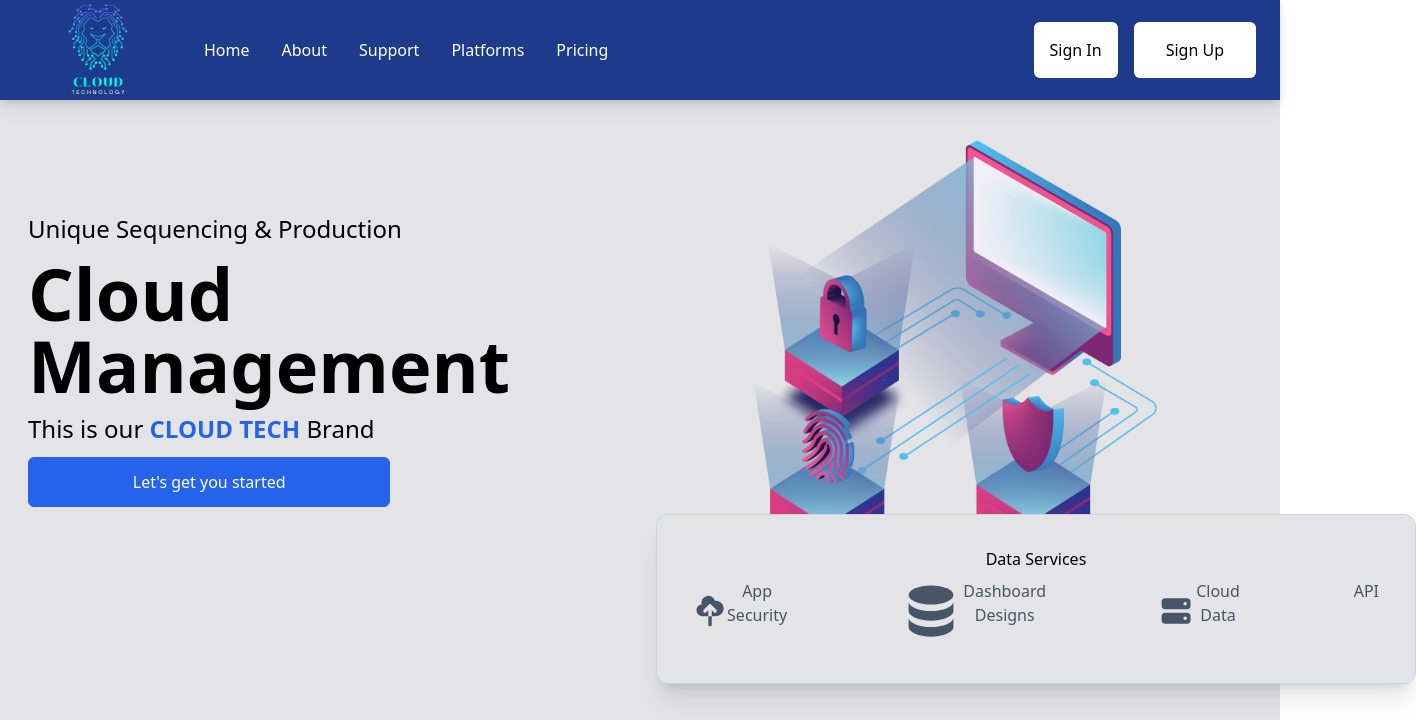
Repository: Esther-Kamau/cloud-management
Page: /
These files come from the project's save history. The page is drawn as it stood at one moment and after a run of saves; the edit follows.
The browser window is 1280 px wide. The page is 1416 px wide, so the pictures cover 1416 px, including what lies to the right of the window. The pictures show the whole page.
The project was rebuilt for these pictures with package versions that can differ from the ones it lists, and the page was loaded fresh each time. A package was used in the major version that the imports need, not the one package.json lists.

Above is the page before, as saved 2023-03-16 18:01:15.

After the next 2 saves:
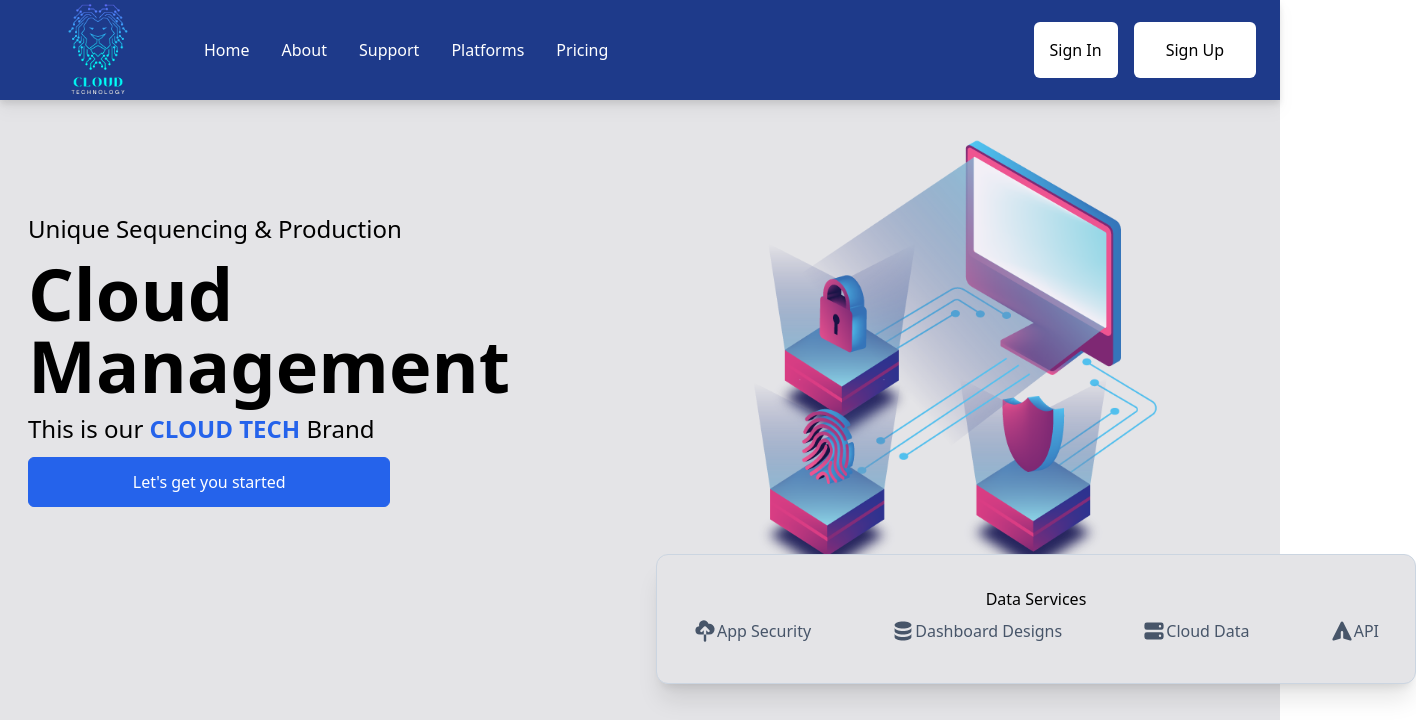
The 2 saves are shown as one change because they came seconds apart.
The last was saved 15 s later.
--- a/src/components/Hero.jsx
+++ b/src/components/Hero.jsx
@@ -34,10 +34,10 @@ const Hero = () => {
         >
           <p>Data Services</p>
           <div className="flex flex-wrap justify-between px-5">
-            <p className="flex px-4 py-2 text-slate-600"><CloudUploadIcon  className="" /> App Security</p>
-            <p className="flex px-4 py-2 text-slate-600"><DatabaseIcon className="" /> Dashboard Designs</p>
-            <p className="flex px-4 py-2 text-slate-600"><ServerIcon className=""/> Cloud Data</p>
-            <p className="flex px-4 py-2 text-slate-600"><PaperAirplaneIcon className=""/> API</p>
+            <p className="flex px-4 py-2 text-slate-600"><CloudUploadIcon  className="h-6 t" /> App Security</p>
+            <p className="flex px-4 py-2 text-slate-600"><DatabaseIcon className="h-6 t" /> Dashboard Designs</p>
+            <p className="flex px-4 py-2 text-slate-600"><ServerIcon className="h-6 t"/> Cloud Data</p>
+            <p className="flex px-4 py-2 text-slate-600"><PaperAirplaneIcon className="h-6 t"/> API</p>
           </div>
         </div>
       </div>
